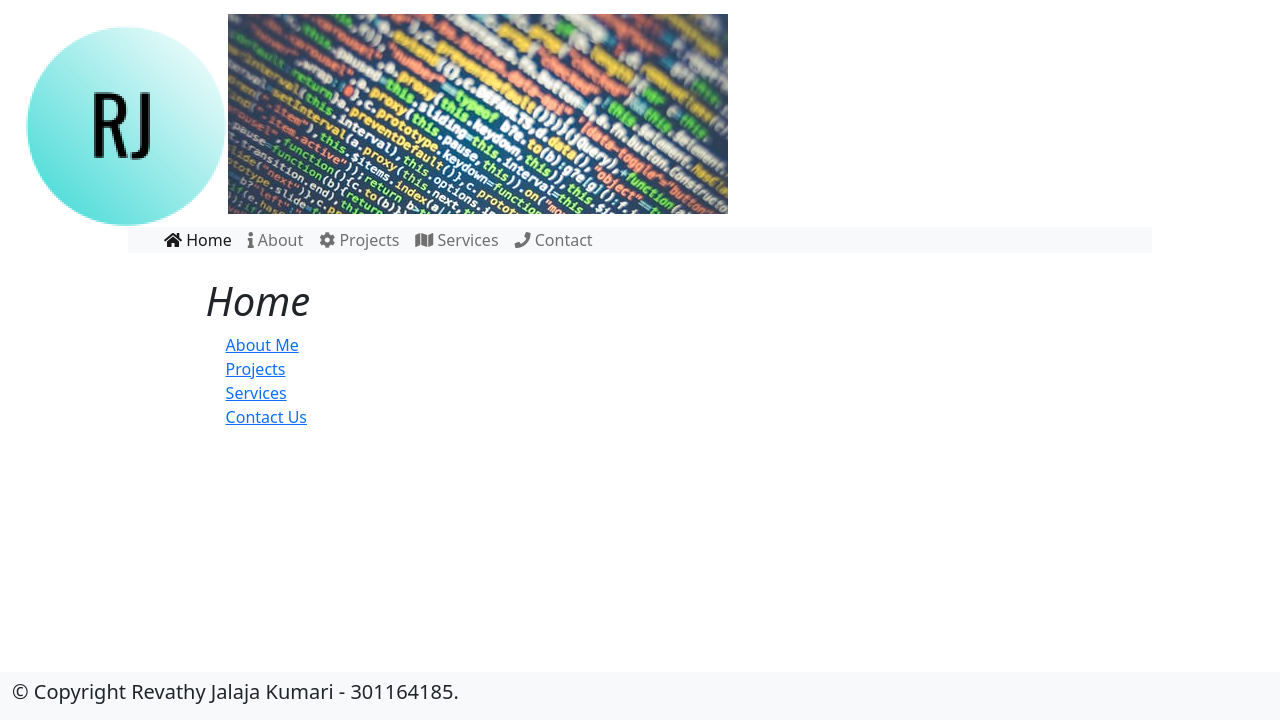
Repository: RevathyJK/Portfolio
Page: http://localhost/
An editor plug-in stored every save of this project. The page is shown before and after the next save, followed by the edit.
The browser window is 1280 px wide. The pictures show the whole page.
The page is served by the project's Node server (server.js). Other server files are loaded and not shown.

Above is the page before, as saved 2021-10-01 12:34:09.

### Server/Views/index.ejs
<!DOCTYPE html>
<html lang="en">
<head>
    <meta charset="UTF-8">
    <meta http-equiv="X-UA-Compatible" content="IE=edge">
    <meta name="viewport" content="width=device-width, initial-scale=1.0">
    <title><%= title %></title>
    <!-- CSS Section -->
    <link rel="stylesheet" href="./Content/app.css">
    <link rel="stylesheet" href="./bootstrap/dist/css/bootstrap.min.css">
    <link rel="stylesheet" href="./@fortawesome/fontawesome-free/css/all.min.css">
</head>
<body>
    <!-- Main Navigation Section -->
    <header>
      <%- include('components/header.ejs'); %>
    </header>


    <!-- Content Section -->
    <main>
      <div class="container">
        <%- include('content/' + page + '.ejs'); %>
      </div>
    </main>

    <footer>
    <%- include('components/footer.ejs'); %>
    </footer>

    <!-- JavaScript Section -->
    <script src="./jquery/dist/jquery.min.js"></script>
    <script src="./bootstrap/dist/js/bootstrap.min.js"></script>
    <script src="./@fortawesome/fontawesome-free/js/all.min.js"></script>

    <script src="./Scripts/app.js"></script>
</body>
</html>

### Server/Views/components/header.ejs

<table>
<tr>
  <td class="over"><img src="logo.png"></td>
  <td><div  class="header-img"></div></td>
</tr>
</table>


<div id="allPage">

<nav class="navbar navbar-expand-lg navbar-light bg-light">
  <div class="container-fluid">
    <a class="navbar-brand"></a>
    <button class="navbar-toggler" type="button" data-bs-toggle="collapse" data-bs-target="#navbarSupportedContent" aria-controls="navbarSupportedContent" aria-expanded="false" aria-label="Toggle navigation">
      <span class="navbar-toggler-icon"></span>
    </button>
    <div class="collapse navbar-collapse" id="navbarSupportedContent" >
      <ul class="navbar-nav ms-auto mb-2 mb-lg-0">
        <li class="nav-item">
          <a class="nav-link active" href="/home"><i class="fas fa-home"></i> Home</a>
        </li>
        <li class="nav-item">
          <a class="nav-link" href="/about"><i class="fas fa-info"></i> About</a>
        </li>
        <li class="nav-item">
          <a class="nav-link" href="/projects"><i class="fas fa-cog"></i> Projects</a>
        </li>
        <li class="nav-item">
          <a class="nav-link" href="/services"><i class="fas fa-map"></i> Services</a>
        </li>

        <li class="nav-item">
          <a class="nav-link" href="/contact"><i class="fas fa-phone"></i> Contact</a>
        </li>
      </ul>
    </div>
  </div>
</nav>
<br>

</div>

### Server/Views/content/home.ejs
<div id ="allPage">

<div class="container">
        <h1><em><%= title %></em></h1>

</div>

<div>
  <nav>
	  <ul>
		  <li><a href="about">About Me</a></li>
		  <li><a href="projects">Projects</a></li>
		  <li><a href="home">Services </a></li>
                <li><a href="contact">Contact Us</a></li>

  	</ul>
	</nav>
</div>

</div>

### Server/Views/components/footer.ejs
<div id ="allPage">
<nav class="navbar fixed-bottom navbar-light bg-light">
    <div class="container-fluid">
        <h5>&copy; Copyright Revathy Jalaja Kumari - 301164185.</h5>
    </div>
</nav>
</div>

### server.js
#!/usr/bin/env node
"use strict";
/**
 * Module dependencies.
 */
var __importDefault = (this && this.__importDefault) || function (mod) {
    return (mod && mod.__esModule) ? mod : { "default": mod };
};
Object.defineProperty(exports, "__esModule", { value: true });
const app_1 = __importDefault(require("./Server/Config/app"));
const debug_1 = __importDefault(require("debug"));
(0, debug_1.default)('comp229-f2021-lesson4:server');
const http_1 = __importDefault(require("http"));
/**
 * Get port from environment and store in Express.
 */
let port = normalizePort(process.env.PORT || '3000');
app_1.default.set('port', port);
/**
 * Create HTTP server.
 */
let server = http_1.default.createServer(app_1.default);
/**
 * Listen on provided port, on all network interfaces.
 */
server.listen(port);
server.on('error', onError);
server.on('listening', onListening);
/**
 * Normalize a port into a number, string, or false.
 */
function normalizePort(val) {
    let port = parseInt(val, 10);
    if (isNaN(port)) {
        // named pipe
        return val;
    }
    if (port >= 0) {
        // port number
        return port;
    }
    return false;
}
/**
 * Event listener for HTTP server "error" event.
 */
function onError(error) {
    if (error.syscall !== 'listen') {
        throw error;
    }
    let bind = typeof port === 'string'
        ? 'Pipe ' + port
        : 'Port ' + port;
    // handle specific listen errors with friendly messages
    switch (error.code) {
        case 'EACCES':
            console.error(bind + ' requires elevated privileges');
            process.exit(1);
            break;
        case 'EADDRINUSE':
            console.error(bind + ' is already in use');
            process.exit(1);
            break;
        default:
            throw error;
    }
}
/**
 * Event listener for HTTP server "listening" event.
 */
function onListening() {
    let addr = server.address();
    let bind = typeof addr === 'string'
        ? 'pipe ' + addr
        : 'port ' + addr.port;
    (0, debug_1.default)('Listening on ' + bind);
}
//# sourceMappingURL=server.js.map

### Server/Routes/index.js
"use strict";
var __importDefault = (this && this.__importDefault) || function (mod) {
    return (mod && mod.__esModule) ? mod : { "default": mod };
};
Object.defineProperty(exports, "__esModule", { value: true });
const express_1 = __importDefault(require("express"));
const router = express_1.default.Router();
exports.default = router;

/* GET home page. */
router.get('/', function (req, res, next) {
    res.render('index', { title: 'Home', page: 'home' });
});
/* GET home page. */
router.get('/home', function (req, res, next) {
    res.render('index', { title: 'Home', page: 'home' });
});
/* GET about page. */
router.get('/about', function (req, res, next) {
    res.render('index', { title: 'Revathy Jalaja Kumari', page: 'about' });
});
/* GET projects page. */
router.get('/projects', function (req, res, next) {
    res.render('index', { title: 'Projects', page: 'projects' });
});
/* GET services page. */
router.get('/services', function (req, res, next) {
    res.render('index', { title: 'Services', page: 'services' });
});
/* GET contact page. */
router.get('/contact', function (req, res, next) {
    res.render('index', { title: 'Contact Me', page: 'contact' });
});





//module.exports = router;
//# sourceMappingURL=index.js.map

### Client/Content/app.css
#allPage {
	width: 80%;
      margin: auto;
      max-width: 1200px;
      display: grid;
	/*grid-template-columns: 150px auto auto;
	grid-template-rows: auto auto auto ; */
}

nav ul {
    display: flex;
    flex-direction: column;
    flex-wrap: nowrap;
    color: #FFFFFF;
    position: absolute;
}

img {
    padding-left: 25px;
    padding-top: 25px;
}

.under{


}

.header-img {

    height: 200px;
    width:980px;
    background: url("banner.jpg");
   /* background-image: "banner.jpg";
    background-attachment: fixed;*/
    background-repeat: no-repeat;
    background-size: auto;



  }

### Client/Scripts/app.js
"use strict";
/* custom js goes here */
// IIFE - Immediately Invoked Function Expression (AKA an anonymous self-executing function)
(function () {
    function Start() {
        console.log("App Started...");
    }
    window.addEventListener("load", Start);
})();
//# sourceMappingURL=app.js.map

After the next save:
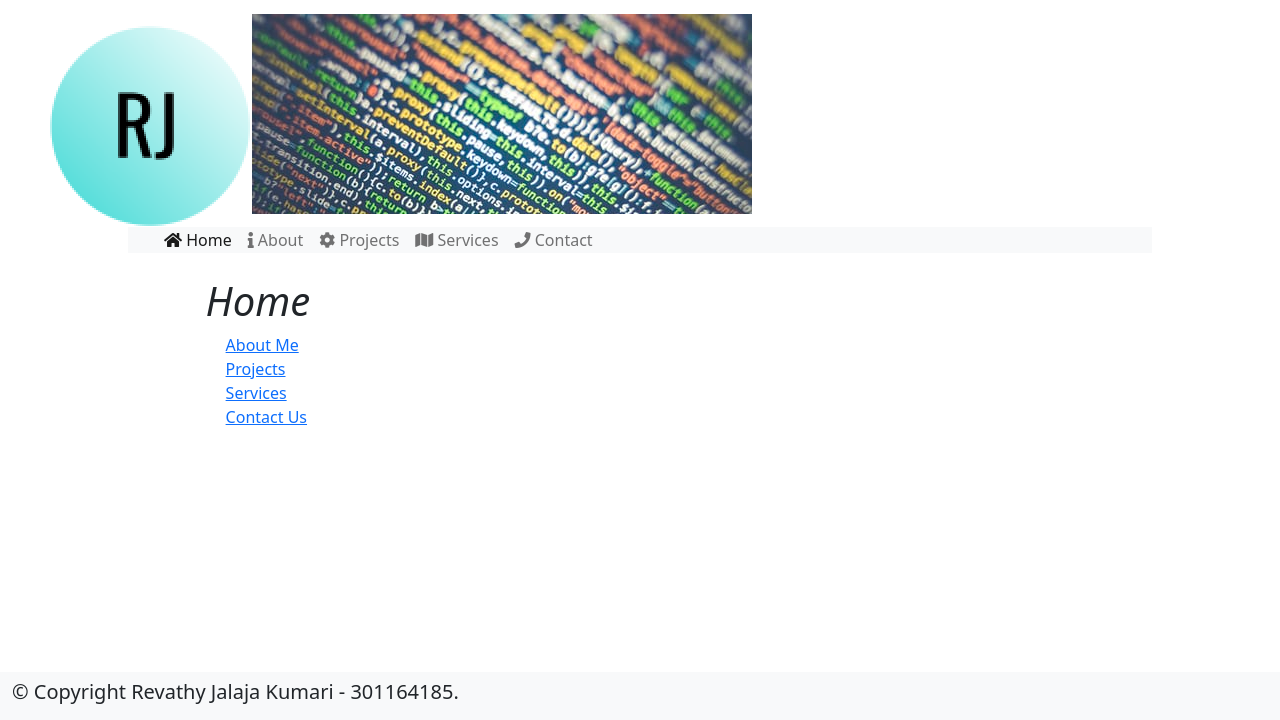
Saved 24 s later.
--- a/Client/Content/app.css
+++ b/Client/Content/app.css
@@ -20,9 +20,9 @@
     padding-top: 25px;
 }
 
-.under{
+.over{
 
-
+    padding-left: 25px;
 }
 
 .header-img {
